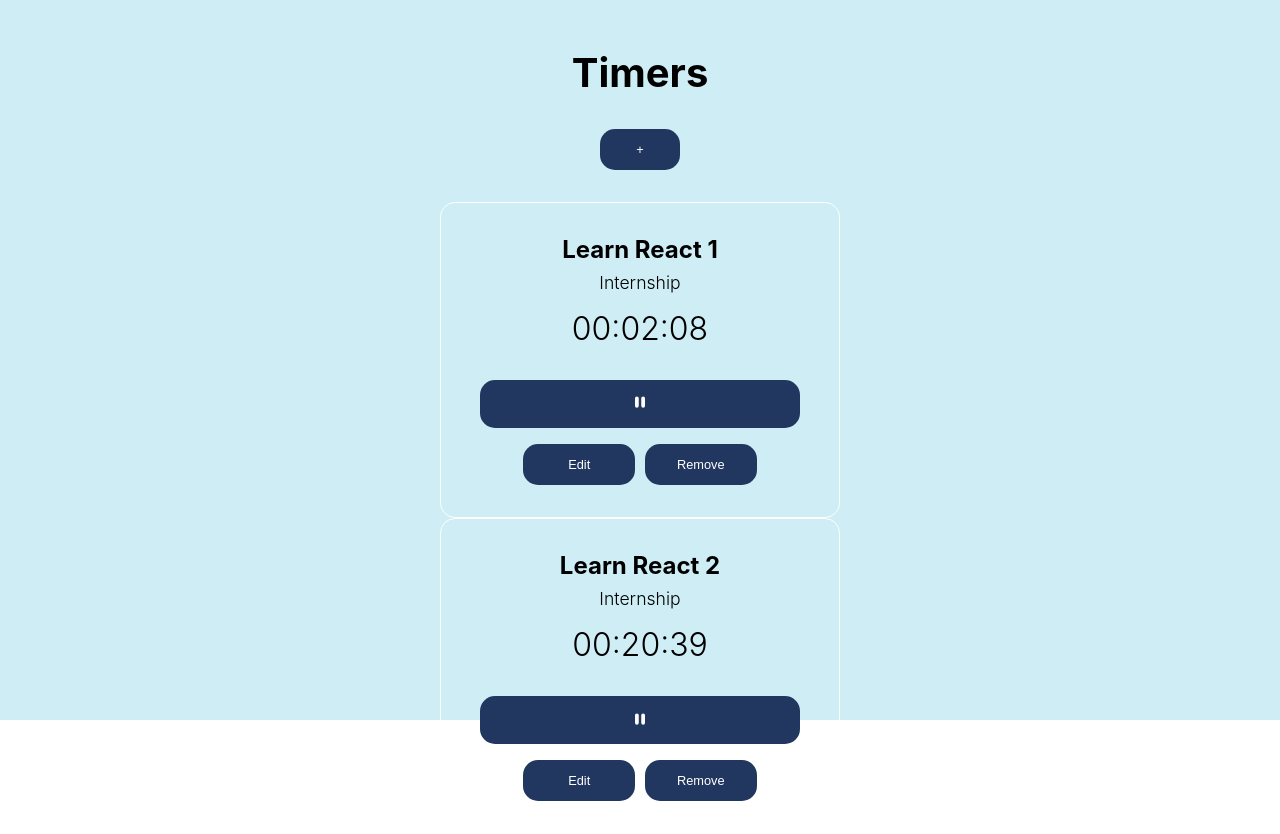
Repository: dqhuy153/react-timer
Page: /
An editor plug-in stored every save of this project. The page is shown before and after the next save, followed by the edit.
The browser window is 1280 px wide. The pictures show the whole page.
The project was rebuilt for these pictures with package versions that can differ from the ones it lists, and the page was loaded fresh each time. Also part of the build but not shown: src/components/TimerForm/TimerForm.module.scss, src/components/TimerForm/index.jsx.

Above is the page before, as saved 2021-10-26 17:42:47.

### src/index.css
* {
  padding: 0;
  margin: 0;
  box-sizing: border-box;
}

body {
  margin: 0;
  font-family: -apple-system, BlinkMacSystemFont, 'Segoe UI', 'Roboto', 'Oxygen',
    'Ubuntu', 'Cantarell', 'Fira Sans', 'Droid Sans', 'Helvetica Neue',
    sans-serif;
  -webkit-font-smoothing: antialiased;
  -moz-osx-font-smoothing: grayscale;

  font-size: 62.5%;
}

code {
  font-family: source-code-pro, Menlo, Monaco, Consolas, 'Courier New',
    monospace;
}

### src/App.js
import { useEffect, useRef, useState } from 'react';
import './App.scss';

import EditableTimerForm from './components/EditableTimerForm';
import ToggleableTimerForm from './components/ToggeableTimerForm';
import { newTimer } from './utils/TimerUtils';

function App() {
  const timerRef = useRef();
  const [timers, setTimers] = useState([
    {
      id: 1,
      title: 'Learn React 1',
      project: 'Internship',
      time: 123454,
      isRunning: true,
    },
    {
      id: 2,
      title: 'Learn React 2',
      project: 'Internship',
      time: 1234545,
      isRunning: true,
    },
  ]);

  const handleUpdateTimer = (data) => {
    let newTimers;

    //if has no id, create a new one
    if (!data.id) {
      newTimers = [
        newTimer({
          title: data.title,
          project: data.project,
        }),
        ...timers,
      ];
    }
    //update existing timer
    else {
      newTimers = timers.map((timer, idx) => {
        if (timer.id === data.id) {
          return {
            ...timer,
            title: data.title,
            project: data.project,
          };
        }

        return timer;
      });
    }

    setTimers(newTimers);
  };

  useEffect(() => {
    clearTimeout(timerRef.current);

    timerRef.current = setTimeout(() => {
      const newTimers = timers.map((timer, idx) => {
        if (timer.isRunning)
          return {
            ...timer,
            time: timer.time + 1000,
          };

        return timer;
      });

      setTimers(newTimers);
    }, 1000);
  }, [timers]);

  return (
    <div className="App">
      <div className="body">
        <h1>Timers</h1>

        <ToggleableTimerForm onUpdate={handleUpdateTimer} />

        {timers.map((timer) => {
          return (
            <EditableTimerForm
              key={timer.id}
              id={timer.id}
              title={timer.title}
              project={timer.project}
              timer={timer.time}
              isRunning={timer.isRunning}
            />
          );
        })}
      </div>
    </div>
  );
}

export default App;

### src/App.scss
.App {
  background: #ceedf5;
}

.body {
  display: flex;
  justify-content: flex-start;
  align-items: center;
  flex-direction: column;
  padding: 3rem 0;
  height: 100vh;

  h1 {
    font-size: 2.5rem;
  }
}

### src/components/EditableTimerForm/index.jsx
import React, { useState } from 'react';
import Timer from '../Timer';
import TimerForm from '../TimerForm';

import styles from './EditableTimerForm.module.scss';

const EditableTimerForm = ({
  id,
  title,
  project,
  timer,
  isRunning,
  onUpdate,
  onRemove,
  onTimerClick,
}) => {
  const [isEdit, setIsEdit] = useState(false);

  const handleOpenEdit = () => {
    setIsEdit(true);
  };

  const handleCloseEdit = () => {
    setIsEdit(false);
  };

  const handleUpdate = (data) => {
    onUpdate(data);
    handleOpenEdit();
  };

  const content = isEdit ? (
    <TimerForm
      id={id}
      title={title}
      project={project}
      timer={timer}
      onCancel={handleCloseEdit}
      onUpdate={handleUpdate}
    />
  ) : (
    <Timer
      id={id}
      title={title}
      project={project}
      timer={timer}
      isRunning={isRunning}
      onEdit={handleOpenEdit}
      onRemove={onRemove}
      onTimerClick={onTimerClick}
    />
  );

  return <div className={styles.container}>{content}</div>;
};

export default EditableTimerForm;

### src/components/ToggeableTimerForm/index.jsx
import { useState } from 'react';
import Button from '../Button';
import TimerForm from '../TimerForm';

import styles from './ToggleableTimerForm.module.scss';

const ToggleableTimerForm = ({ onUpdate, ...props }) => {
  const [isOpen, setIsOpen] = useState(false);

  const handleOpenForm = () => {
    setIsOpen(true);
  };

  const handleCloseForm = () => {
    setIsOpen(false);
  };

  const handleUpdate = (data) => {
    onUpdate(data);
    handleCloseForm();
  };

  const content = isOpen ? (
    <TimerForm onCancel={handleCloseForm} onUpdate={handleUpdate} />
  ) : (
    <Button onClick={handleOpenForm}>+</Button>
  );

  return <div className={styles.container}>{content}</div>;
};

export default ToggleableTimerForm;

### src/utils/TimerUtils.js
import { v4 as uuidv4 } from 'uuid';

export const millisecondsToHuman = (ms) => {
  const seconds = Math.floor((ms / 1000) % 60);
  const minutes = Math.floor((ms / 1000 / 60) % 60);
  const hours = Math.floor(ms / 1000 / 60 / 60);

  const humanized = [
    pad(hours.toString(), 2),
    pad(minutes.toString(), 2),
    pad(seconds.toString(), 2),
  ].join(':');

  return humanized;
};

const pad = (numberString, size) => {
  let padded = numberString;
  while (padded.length < size) {
    padded = `0${padded}`;
  }
  return padded;
};

export const newTimer = (attrs = {}) => {
  const timer = {
    title: attrs.title || 'Timer',
    project: attrs.project || 'Project',
    id: uuidv4(),
    time: 0,
    isRunning: false,
  };

  return timer;
};

### src/components/Timer/index.jsx
import React from 'react';
import { BsPauseFill, BsPlayFill } from 'react-icons/bs';

import { millisecondsToHuman } from '../../utils/TimerUtils';
import Button from '../Button';
import styles from './Timer.module.scss';

const Timer = ({
  title,
  project,
  timer,
  isRunning,
  onEdit,
  onRemove,
  onTimerClick,
}) => {
  const buttonLabel = isRunning ? (
    <BsPauseFill size={20} />
  ) : (
    <BsPlayFill size={20} />
  );

  return (
    <div className={styles.container}>
      <h2>{title}</h2>
      <p>{project}</p>
      <p className={styles.timer}>{millisecondsToHuman(timer)}</p>
      <Button className={styles.timer_btn} onClick={onTimerClick}>
        {buttonLabel}
      </Button>
      <div className={styles.btn_container}>
        <Button className={styles.btn} onClick={onEdit}>
          Edit
        </Button>
        <Button className={styles.btn} onClick={onRemove}>
          Remove
        </Button>
      </div>
    </div>
  );
};

export default Timer;

### src/components/EditableTimerForm/EditableTimerForm.module.scss
.container {
  transition: all 0.2s linear;
  border: 1px solid #fff;
  padding: 2rem;
  border-radius: 15px;
  width: 25rem;
  height: 25rem;

  &:hover {
    box-shadow: rgba(100, 100, 111, 0.2) 0px 7px 29px 0px;
    background: #ffffff;
  }
}

### src/components/Button/index.jsx
import React from 'react';

import styles from './Button.module.scss';

const Button = ({
  children,
  onClick,
  className,
  bgColor = '#22375f',
  color = '#fff',
  hoverColor = '#22375f',
  hoverBgColor = '#fff',
  ...rest
}) => {
  return (
    <button
      style={{
        '--bg-color': bgColor,
        '--color': color,
        '--hover-color': hoverColor,
        '--hover-bg-color': hoverBgColor,
      }}
      className={`${styles.container} ${className}`}
      onClick={onClick}
      children={children}
      {...rest}
    ></button>
  );
};

export default Button;

### src/components/ToggeableTimerForm/ToggleableTimerForm.module.scss
.container {
  margin: 2rem;
}

### src/components/Timer/Timer.module.scss
.container {
  text-align: center;

  h2 {
    font-size: 1.5rem;
    margin-bottom: 0.5rem;
  }
  p {
    font-size: 1.1rem;
    font-weight: 300;
    margin-bottom: 1rem;
  }

  .timer {
    font-size: 2rem;
  }

  .btn_container {
    .btn {
      margin: 0 0.3rem;
      min-width: 7rem;
    }
  }

  .timer_btn {
    width: 96%;
    margin: 1rem auto;
  }
}

### src/components/Button/Button.module.scss
.container {
  padding: 0.8rem 2rem;
  min-width: 5rem;
  border: none;
  color: var(--color);
  border-radius: 15px;
  background: var(--bg-color);
  font-size: 0.8rem;
  cursor: pointer;
  transition: all 0.2s linear;

  &:hover {
    box-shadow: rgba(100, 100, 111, 0.3) 0px 7px 29px 0px;
    background: var(--hover-bg-color);
    color: var(--hover-color);
    font-weight: bold;
  }

  &:active {
    transform: translateY(2px);
  }
}

Loaded but not shown: public/index.html (common file); src/index.js (common file); src/reportWebVitals.js (common file)

After the next save:
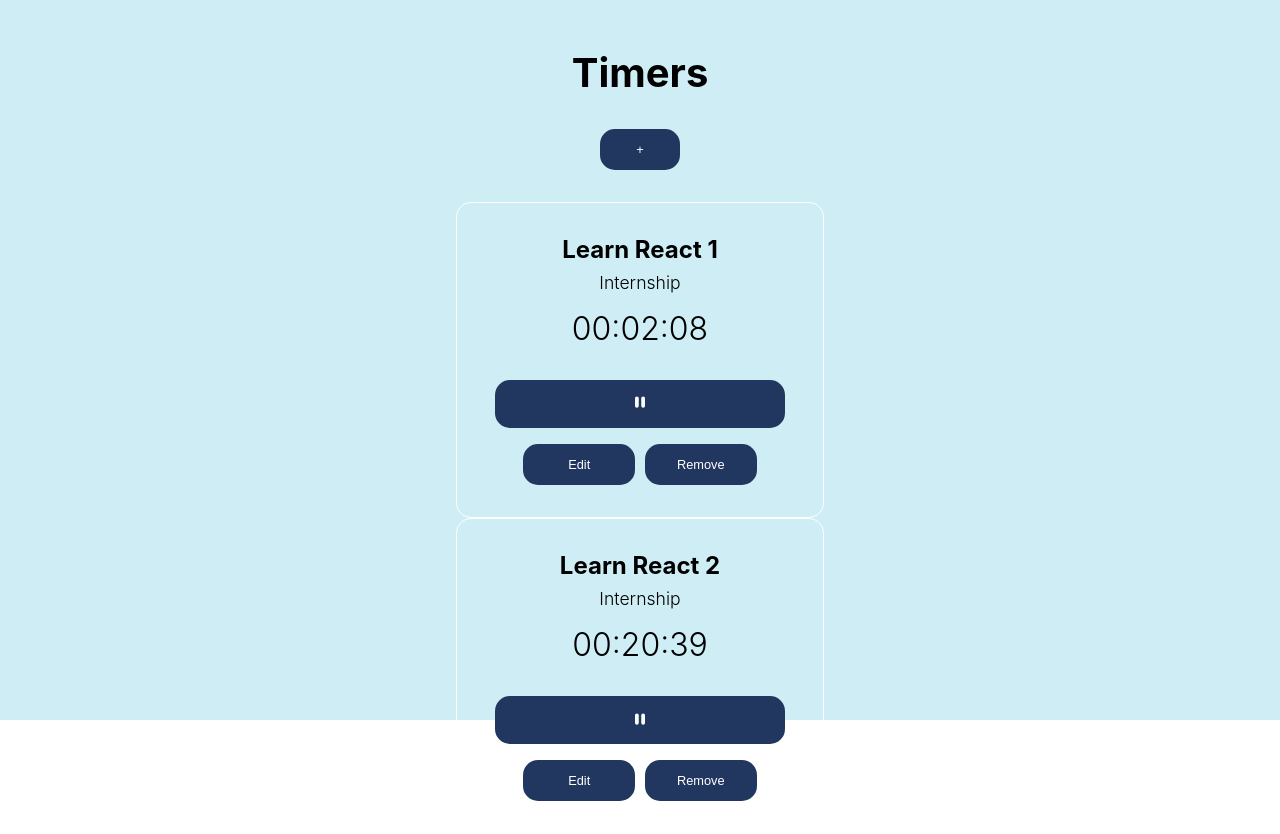
Saved 9 s later.
--- a/src/components/EditableTimerForm/EditableTimerForm.module.scss
+++ b/src/components/EditableTimerForm/EditableTimerForm.module.scss
@@ -3,8 +3,8 @@
   border: 1px solid #fff;
   padding: 2rem;
   border-radius: 15px;
-  width: 25rem;
-  height: 25rem;
+  width: 23rem;
+  height: 23rem;
 
   &:hover {
     box-shadow: rgba(100, 100, 111, 0.2) 0px 7px 29px 0px;
